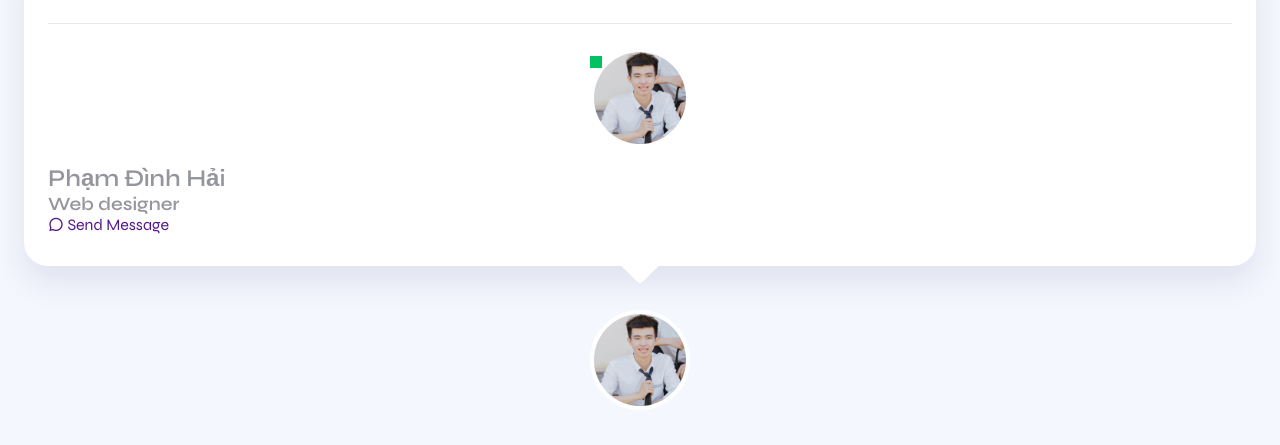
Repository: dinhhaidh/Profile
Page: index.html
These files come from the project's save history. The page is drawn as it stood at one moment and after the next save; the edit follows.
The browser window is 1280 px wide. The pictures show the whole page.
Some web libraries are served in a nearby version.

Above is the page before, as saved 2024-02-29 09:24:12.

### index.html
<!DOCTYPE html>
<html lang="en">
<head>
    <meta charset="UTF-8">
    <meta name="viewport" content="width=device-width, initial-scale=1.0">

    <!--=============== REMIXICONS ===============-->
    <link rel="stylesheet" href="https://cdnjs.cloudflare.com/ajax/libs/remixicon/4.0.1/remixicon.css">

    <!--=============== CSS ===============-->
    <link rel="stylesheet" href="style.css">

    <title>Profile card with tooltip</title>
</head>
<body>
    <div class="container">
        <article class="card__article">
            <div class="card__profile">
                <img src="./img/img.jpg" alt="image" class="card__profile-img">
            </div>

            <div class="card__tooltip">
                <div class="card__content">
                    <header class="card__header">
                        <span>Social</span>

                        <div class="card__social">
                            <a href="https://www.linkedin.com" target="_blank">
                                <i class="ri-linkedin-box-line"></i>
                            </a>

                            <a href="https://www.github.com" target="_blank">
                                <i class="ri-github-fill"></i>
                            </a>

                            <a href="https://www.dribbble.com" target="_blank">
                                <i class="ri-dribbble-line"></i>
                            </a>
                        </div>
                    </header>

                    <div class="card__data">
                        <div class="card__image">
                            <div class="card__mask">
                                <img src="./img/img.jpg" alt="image" class="card__img">
                            </div>

                            <span class="card__stutus">

                            </span>
                        </div>
                        <h2 class="card__name">Phạm Đình Hải</h2>
                        <h3 class="card__profession">Web designer</h3>

                        <a href="" class="card__button">
                            <i class="ri-chat-3-line"></i> <span>Send Message</span>
                        </a>
                    </div>
                </div>
            </div>
        </article>
    </div>
</body>
</html>

### style.css
/*=============== GOOGLE FONTS ===============*/
@import url("https://fonts.googleapis.com/css2?family=Syne:wght@400;500;600&display=swap");

/*=============== VARIABLES CSS ===============*/
:root {
    /*========== Colors ==========*/
    /*Color mode HSL(hue, saturation, lightness)*/
    --first-color: hsl(230, 100%, 50%);
    --second-color: hsl(150, 100%, 38%);
    --title-color: hsl(230, 24%, 12%);
    --text-color: hsl(230, 4%, 60%);
    --gray-color: hsl(230, 24%, 88%);
    --border-color: hsl(230, 4%, 92%);
    --body-color: hsl(230, 100%, 98%);
    --container-color: hsl(0, 0%, 100%);

    /*========== Font and typography ==========*/
    /*.5rem = 8px | 1rem = 16px ...*/
    --body-font: "Syne", sans-serif;
    --h2-font-size: 1.25rem;
    --normal-font-size: 1rem;
}

/*=============== BASE ===============*/
* {
    box-sizing: border-box;
    padding: 0;
    margin: 0;
}

body {
    font-family: var(--body-font);
    font-size: var(--normal-font-size);
    background-color: var(--body-color);
    color: var(--text-color);
}

a {
    text-decoration: none;
}

img {
    display: block;
    max-width: 100%;
    height: auto;
}

/*=============== CARD ===============*/
.container {
    height: 100vh;
    display: grid;
    place-items: center;
    margin-inline: 1.5rem;
    padding-block: 7rem;
}

.card__article {
    position: relative;
    align-items: flex-end;
    display: flex;
    justify-content: center;
}

.card__profile,
.card__mask {
    width: 100px;
    height: 100px;
    background-color: var(--gray-color);
    border-radius: 50%;
    overflow: hidden;
    display: flex;
    align-items: flex-end;
    justify-content: center;
    border: 4px solid var(--container-color);
    z-index: 5;
}

.card__profile img,
.card__mask img {
    width: 95px;
}

.card__tooltip {
    position: absolute;
    bottom: 4rem;
    padding-bottom: 5rem;
    /* transition: opacity .4s, bottom .4s cubic-bezier(.6, -.5, .3, 1.5);
    pointer-events: none;
    opacity: 0; */
}

.card__content {
    position: relative;
    width: calc(100vw - 3rem);
    background-color: var(--container-color);
    box-shadow: 0 16px 32px hsla(230, 50%, 20%, .1);
    padding: 2rem 1.5rem;
    border-radius: 1.5rem;
}

.card__content::after {
    content: "";
    width: 32px;
    height: 32px;
    background-color: var(--container-color);
    position: absolute;
    left: 0;
    right: 0;
    bottom: -.75rem;
    margin-inline: auto;
    border-radius: .25rem;
    rotate: 45deg;
}

.card__header {
    display: flex;
    justify-content: space-between;
    align-items: center;
    border-bottom: 1px solid var(--border-color);
    padding-bottom: 1.5rem;
    margin-bottom: 1.5rem;
}
.card__header span{
    color: var(--title-color);
    font-weight: 500;
}

.card__social {
    display: flex;
    column-gap: .75rem;
}

.card__social a{
    font-size: 1.25rem;
    color: var(--title-color);
}

.card__data {}

.card__image {
    width: 100px;
    height: 100px;
    position: relative;
    margin: 0 auto 1rem;
}


.card__img {}

.card__stutus {
    width: 12px;
    height: 12px;
    background-color: var(--second-color);
    position: absolute;
    top: .5rem;
    r.5rem
}

.card__name {}

.card__profession {}

.card__button {}

.ri-chat-3-line {}

/* Scale profile image */


/* Show tooltip card */


/*=============== BREAKPOINTS ===============*/
/* For medium devices */

After the next save:
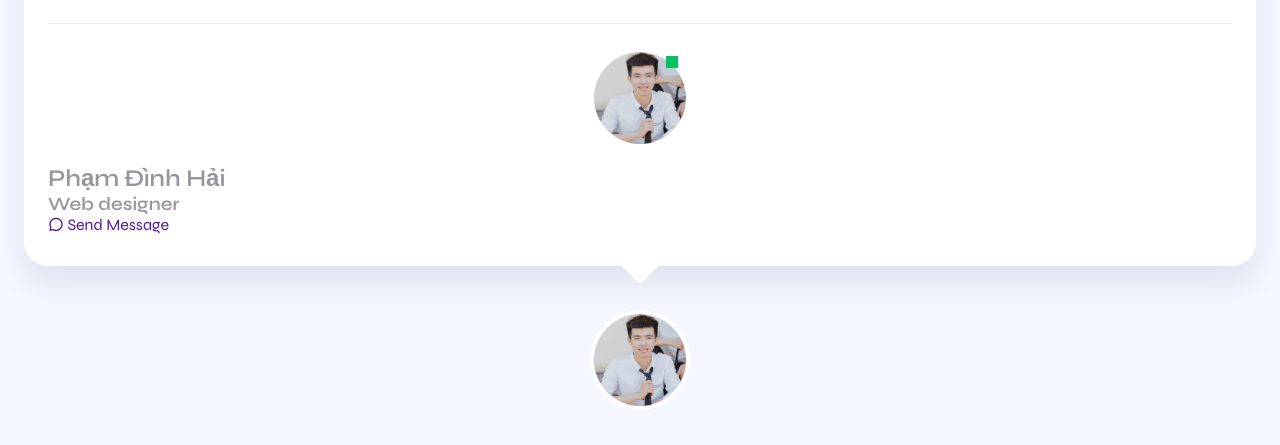
Saved 4 s later.
--- a/style.css
+++ b/style.css
@@ -153,7 +153,7 @@ img {
     background-color: var(--second-color);
     position: absolute;
     top: .5rem;
-    r.5rem
+    right: 0.75rem;
 }
 
 .card__name {}
